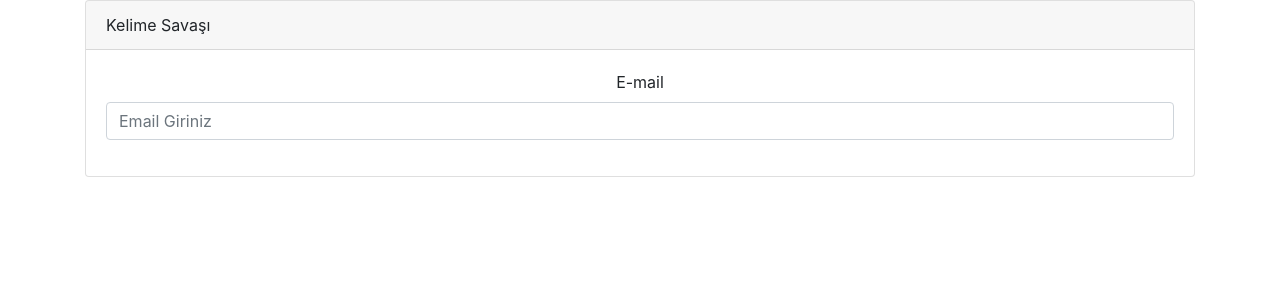
Repository: triapost/kelimeapp
Page: /login
An editor plug-in stored every save of this project. The page is shown before and after the next save, followed by the edit.
The browser window is 1280 px wide. The pictures show the whole page.
The project was rebuilt for these pictures with package versions that can differ from the ones it lists, and the page was loaded fresh each time. Also part of the build but not shown: src/pages/auth/Register.js, src/pages/home/Home.js.

Above is the page before, as saved 2020-09-15 22:23:21.

After the next save:
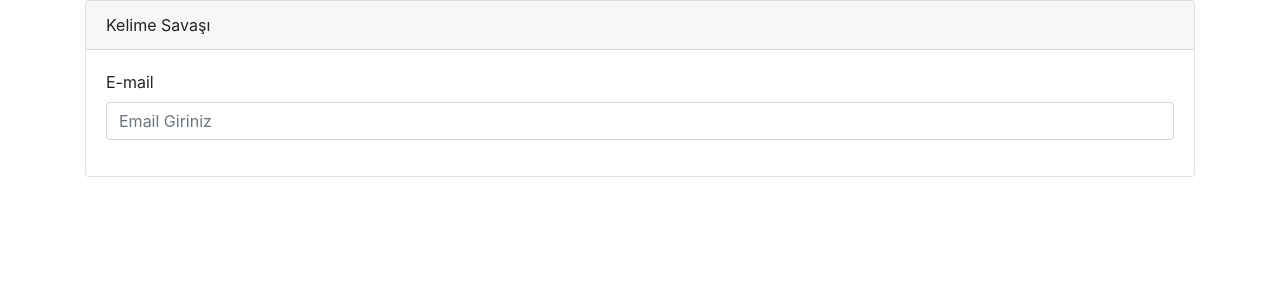
Saved 31 s later.
--- a/src/pages/auth/Login.js
+++ b/src/pages/auth/Login.js
@@ -5,7 +5,7 @@ const Login = () => {
     <div className="container">
       <div className="card">
         <div className="card-header">Kelime Savaşı</div>
-        <div className="card-body text-center">
+        <div className="card-body ">
           <form>
             <div className="form-group">
               <label htmlFor="">E-mail</label>
